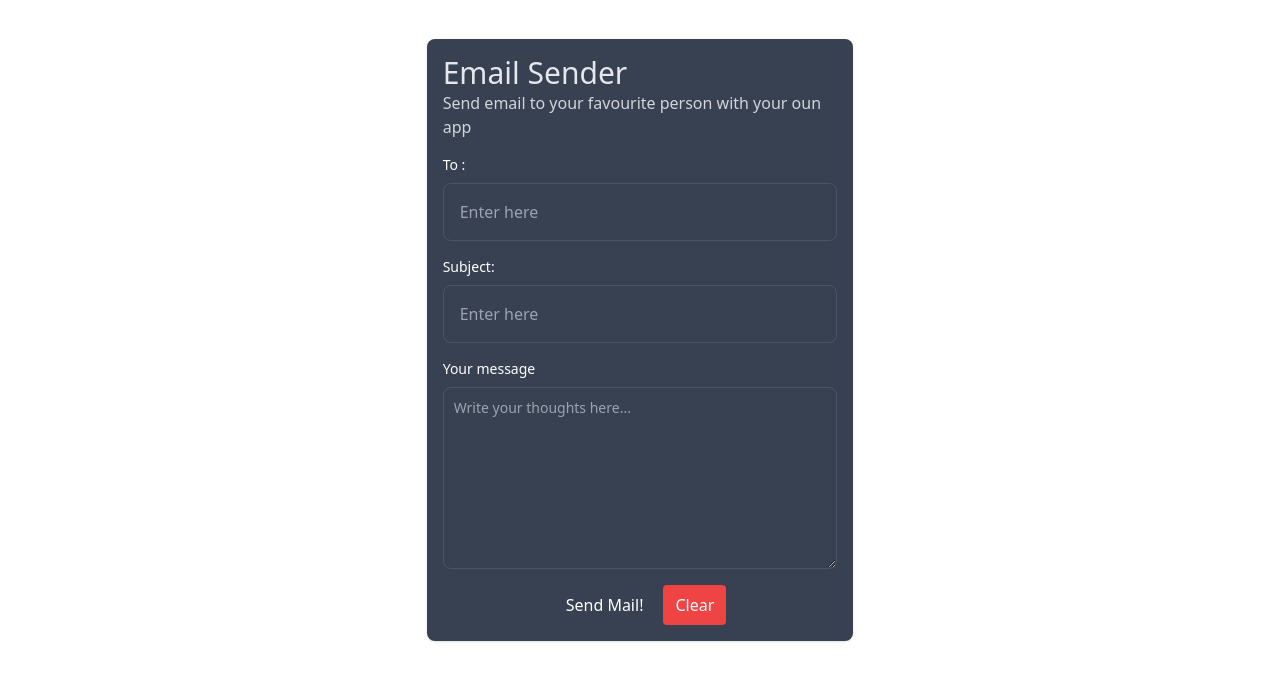
Repository: vikas-1234/EmailReactProject
Page: / (app in email-sender/)
The author's editor kept a copy of each file at every save. The page is drawn from the files as they stood at one save, then again after the next save.
The browser window is 1280 px wide. The pictures show the whole page.
The project was rebuilt for these pictures with package versions that can differ from the ones it lists, and the page was loaded fresh each time. Also part of the build but not shown: email-sender/vite.config.js, email-sender/src/App.css.

Above is the page before, as saved 2024-04-21 12:22:04.

### email-sender/index.html
<!doctype html>
<html lang="en" class="dark">
  <head>
    <meta charset="UTF-8" />
    <link rel="icon" type="image/svg+xml" href="/vite.svg" />
    <meta name="viewport" content="width=device-width, initial-scale=1.0" />
    <title>Email Sender</title>
  </head>
  <body className="bg-gray-200 dark:bg-gray-800">
    <div id="root"></div>
    <script type="module" src="/src/main.jsx"></script>
  </body>
</html>

### email-sender/src/App.jsx

import { Toaster } from 'react-hot-toast'
import './App.css'
import EmailSender from './components/EmailSender'

function App() {


  return (
    <>
      <EmailSender/>
      <Toaster/>
    </>
  )
}

export default App

### email-sender/src/components/EmailSender.jsx
import { useState } from "react";
import toast from "react-hot-toast";
import { sendEmail } from "../services/email.services";
function EmailSender() {
  const [emailData, setEmailData] = useState({
    to: "",
    subject: "",
    message: "",
  });

  const [sending, setSending] = useState(false);

  async function handleFieldChange(event, name) {
    setEmailData({ ...emailData, [name]: event.target.value });
  }

  async function handleSubmit(event) {
    event.preventDefault();

    if (
      emailData.to === "" ||
      emailData.subject === "" ||
      emailData.message === ""
    ) {
      alert("Please fill all the fields");
      toast.error("Invalid Fields!!");
      return;
    }

    try {
      setSending(true);
      await sendEmail(emailData);
      toast.success("Email Data has been sent successfully");
      toast.success("Send Another One Data");
      setEmailData({
        to: "",
        subject: "",
        message: "",
      });
      console.log(emailData);
    } catch (error) {
      toast.error("Email not send!!!");
      console.log(emailData);
    } finally {
      setSending(false);
    }

    console.log(emailData);
  }

  return (
    <div className="w-full min-h-screen flex justify-center items-center">
      <div className="email_card md:w-1/3 w-full -mt-10 mx-4 md:mx-0 dark:bg-gray-700 dark:text-white dark:border-none  bg-white p-4 border rounded-lg shadow">
        <h1 className="text-gray-900  dark:text-gray-200    text-3xl">Email Sender</h1>
        <p className="text-gray-700 dark:text-gray-300">
          {" "}
          Send email to your favourite person with your oun app{" "}
        </p>

        <form action="" onSubmit={handleSubmit}>
          {/* To Section */}

          <div className="input_field mt-4">
            <label
              htmlFor="large-input"
              className="block mb-2 text-sm font-medium text-gray-900 dark:text-white"
            >
              To :
            </label>
            <input
              type="text"
              value={emailData.to}
              onChange={(event) => handleFieldChange(event, "to")}
              placeholder="Enter here"
              id="large-input"
              className="block w-full p-4 text-gray-900 border border-gray-300 rounded-lg bg-gray-50 text-base focus:ring-blue-500 focus:border-blue-500 dark:bg-gray-700 dark:border-gray-600 dark:placeholder-gray-400 dark:text-white dark:focus:ring-blue-500 dark:focus:border-blue-500"
            ></input>
          </div>
          {/* To Subject */}

          <div className="input_field mt-4">
            <label
              htmlFor="large-input"
              className="block mb-2 text-sm font-medium text-gray-900 dark:text-white"
            >
              Subject:
            </label>
            <input
              type="text"
              value={emailData.subject}
              onChange={(event) => handleFieldChange(event, "subject")}
              placeholder="Enter here"
              id="large-input"
              className="block w-full p-4 text-gray-900 border border-gray-300 rounded-lg bg-gray-50 text-base focus:ring-blue-500 focus:border-blue-500 dark:bg-gray-700 dark:border-gray-600 dark:placeholder-gray-400 dark:text-white dark:focus:ring-blue-500 dark:focus:border-blue-500"
            ></input>
          </div>

          {/* Message Section */}

          <div className="form_field mt-4">
            <label
              htmlFor="message"
              className="block mb-2 text-sm font-medium text-gray-900 dark:text-white"
            >
              Your message
            </label>
            <textarea
              id="message"
              value={emailData.message}
              onChange={(event) => handleFieldChange(event, "message")}
              rows="8"
              className="block p-2.5 w-full text-sm text-gray-900 bg-gray-50 rounded-lg border border-gray-300 focus:ring-blue-500 focus:border-blue-500 dark:bg-gray-700 dark:border-gray-600 dark:placeholder-gray-400 dark:text-white dark:focus:ring-blue-500 dark:focus:border-blue-500"
              placeholder="Write your thoughts here..."
            ></textarea>
          </div>

          {/* Loader Section */}
          {sending && (
            <div className="loader flex-col gap-2 items-center justify-center flex mt-4">
              <div role="status">
                <svg
                  aria-hidden="true"
                  className="w-8 h-8 text-gray-200 animate-spin dark:text-gray-600 fill-blue-600"
                  viewBox="0 0 100 101"
                  fill="none"
                  xmlns="http://www.w3.org/2000/svg"
                >
                  <path
                    d="M100 50.5908C100 78.2051 77.6142 100.591 50 100.591C22.3858 100.591 0 78.2051 0 50.5908C0 22.9766 22.3858 0.59082 50 0.59082C77.6142 0.59082 100 22.9766 100 50.5908ZM9.08144 50.5908C9.08144 73.1895 27.4013 91.5094 50 91.5094C72.5987 91.5094 90.9186 73.1895 90.9186 50.5908C90.9186 27.9921 72.5987 9.67226 50 9.67226C27.4013 9.67226 9.08144 27.9921 9.08144 50.5908Z"
                    fill="currentColor"
                  />
                  <path
                    d="M93.9676 39.0409C96.393 38.4038 97.8624 35.9116 97.0079 33.5539C95.2932 28.8227 92.871 24.3692 89.8167 20.348C85.8452 15.1192 80.8826 10.7238 75.2124 7.41289C69.5422 4.10194 63.2754 1.94025 56.7698 1.05124C51.7666 0.367541 46.6976 0.446843 41.7345 1.27873C39.2613 1.69328 37.813 4.19778 38.4501 6.62326C39.0873 9.04874 41.5694 10.4717 44.0505 10.1071C47.8511 9.54855 51.7191 9.52689 55.5402 10.0491C60.8642 10.7766 65.9928 12.5457 70.6331 15.2552C75.2735 17.9648 79.3347 21.5619 82.5849 25.841C84.9175 28.9121 86.7997 32.2913 88.1811 35.8758C89.083 38.2158 91.5421 39.6781 93.9676 39.0409Z"
                    fill="currentFill"
                  />
                </svg>
                <span className="sr-only">Loading...</span>
              </div>
              <h1>Sending an Email......</h1>
            </div>
          )}

          <div className="button_container mt-4 flex justify-center gap-2">
            <button
            disabled={sending}
              type="submit"
              className="hover:bg-blue-900 text-white bg-blue-00 px-3 py-2 rounded"
            >
              Send Mail!
            </button>
            <button className="hover:bg-red-900 text-white bg-red-500 px-3 py-2 rounded">
              Clear
            </button>
          </div>
        </form>
      </div>
    </div>
  );
}

export default EmailSender;

### email-sender/src/services/email.services.jsx

import { customAxios } from "./helper";

export async function sendEmail(emailData) {
    const result=(await customAxios.post(`/send`, emailData)).data;
    return  result;

  // .then((response) => {
    //     alert('Email sent successfully:', response.data);
    //     return response.data;
    // })
    // .catch((error) => {
    //     alert('Error sending email:', error);
    //     throw error;
    // })
}

### email-sender/src/services/helper.jsx
import axios from 'axios'

const baseURL = "http://localhost:8080/api/v1/email";
//  const baseURL = '/api/v1'; // Use this for production.
export const customAxios=axios.create({
    baseURL: baseURL,

});

### email-sender/tailwind.config.js
/** @type {import('tailwindcss').Config} */
export default {
  content: ["./index.html",
  "./src/**/*.{js,ts,jsx,tsx}",],
  theme: {
    extend: {},
  },
  plugins: [],
  darkMode:'selector',
}

Loaded but not shown: email-sender/src/main.jsx (common file); email-sender/src/index.css (common file)

After the next save:
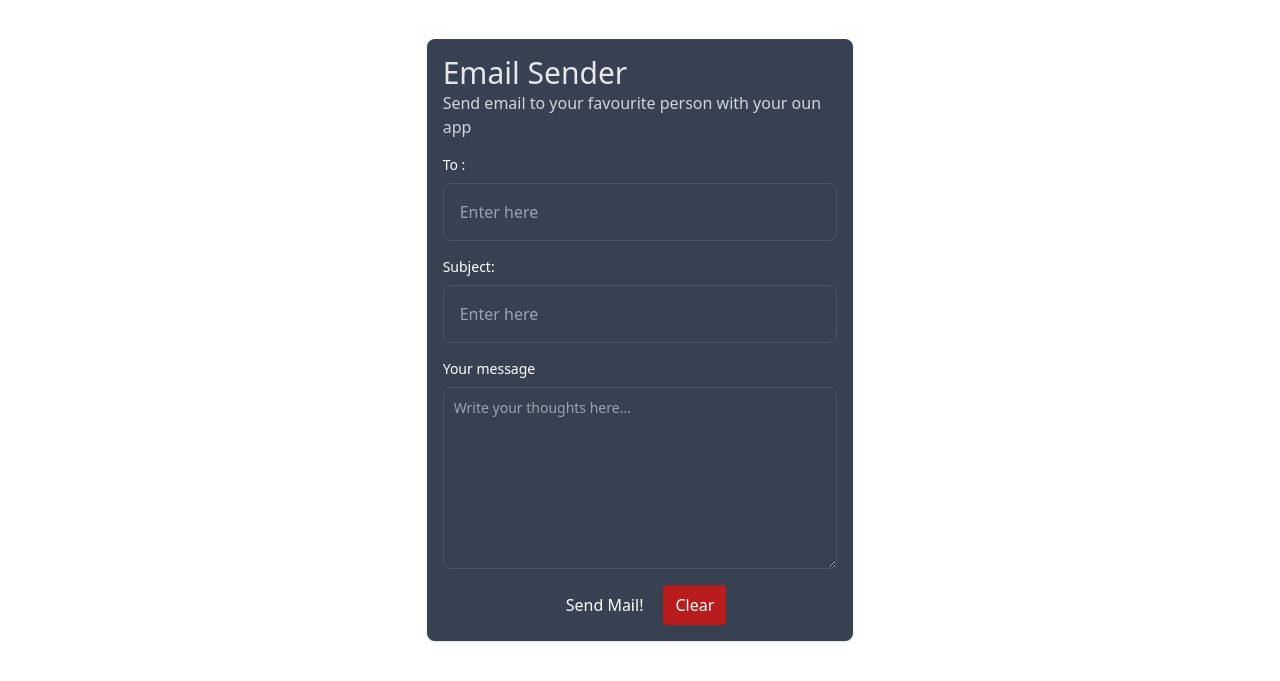
Saved 11 s later.
--- a/email-sender/src/components/EmailSender.jsx
+++ b/email-sender/src/components/EmailSender.jsx
@@ -148,7 +148,7 @@ function EmailSender() {
             >
               Send Mail!
             </button>
-            <button className="hover:bg-red-900 text-white bg-red-500 px-3 py-2 rounded">
+            <button className="hover:bg-red-900 text-white bg-red-700 px-3 py-2 rounded">
               Clear
             </button>
           </div>
